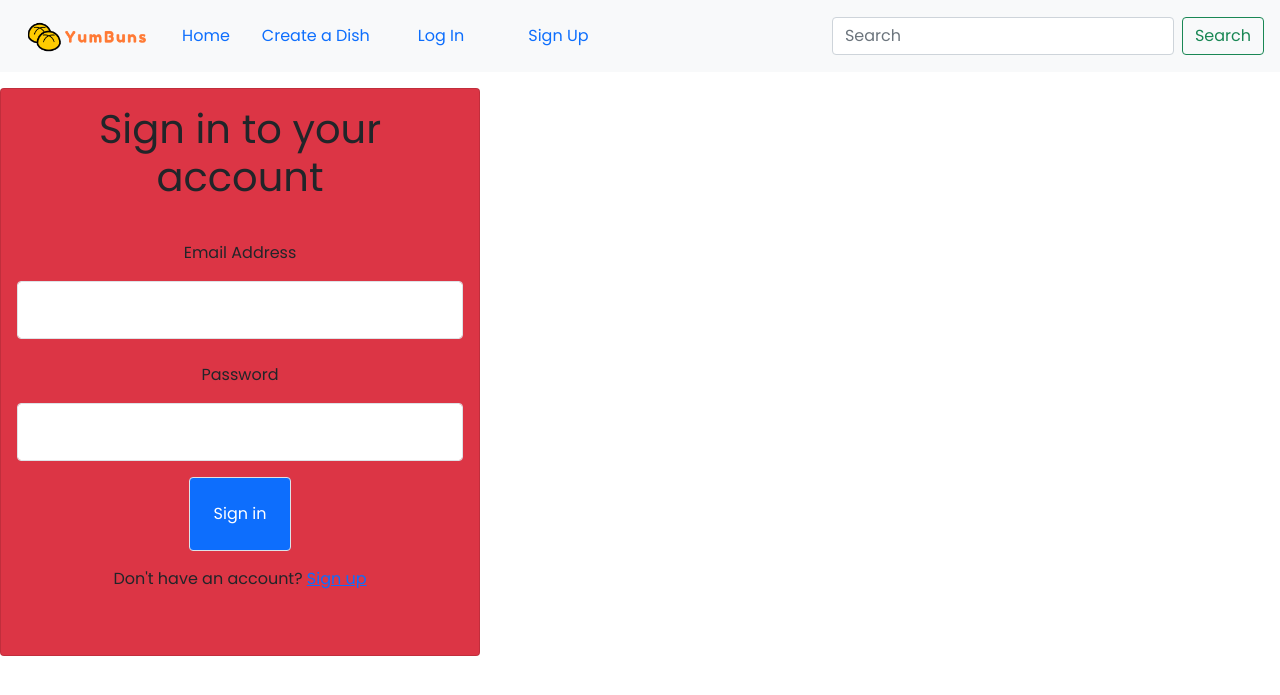
Repository: mottad14/yumBuns
Page: /login (app in client/)
An editor plug-in stored every save of this project. The page is shown before and after the next save, followed by the edit.
The browser window is 1280 px wide. The pictures show the whole page.
Some web fonts or font styles are not loaded; a fallback is used. The project was rebuilt for these pictures with package versions that can differ from the ones it lists, and the page was loaded fresh each time. Also part of the build but not shown: client/src/components/RecipePreview.js, client/src/views/Main.js, client/src/views/Create.js, client/src/views/Recipe.js, client/src/components/SubscribePop.css, client/src/components/SignUp.jsx, client/src/components/SubscribePop.js.

Above is the page before, as saved 2022-07-29 11:20:52.

### client/public/index.html
<!DOCTYPE html>
<html lang="en">
  <head>
    <meta charset="utf-8" />
    <link rel="icon" href="%PUBLIC_URL%/favicon.ico" />
    <meta name="viewport" content="width=device-width, initial-scale=1" />
    <meta name="theme-color" content="#000000" />
    <meta
      name="description"
      content="Web site created using create-react-app"
    />
    <!--
      Notice the use of %PUBLIC_URL% in the tags above.
      It will be replaced with the URL of the `public` folder during the build.
      Only files inside the `public` folder can be referenced from the HTML.

      Unlike "/favicon.ico" or "favicon.ico", "%PUBLIC_URL%/favicon.ico" will
      work correctly both with client-side routing and a non-root public URL.
      Learn how to configure a non-root public URL by running `npm run build`.
    -->
    <title>Yumbuns</title>
  </head>
  <body>
    <noscript>You need to enable JavaScript to run this app.</noscript>
    <div id="root"></div>
    <!--
      This HTML file is a template.
      If you open it directly in the browser, you will see an empty page.

      You can add webfonts, meta tags, or analytics to this file.
      The build step will place the bundled scripts into the <body> tag.

      To begin the development, run `npm start` or `yarn start`.
      To create a production bundle, use `npm run build` or `yarn build`.
    -->
  </body>
</html>

### client/src/index.js
import React from 'react';
import ReactDOM from 'react-dom';
import './index.css';
import App from './App';
import reportWebVitals from './reportWebVitals';
import {BrowserRouter} from "react-router-dom";

ReactDOM.render(
    <React.StrictMode>
      <BrowserRouter>
            <App />
      </BrowserRouter>
    </React.StrictMode>,
    document.getElementById('root')
);



// If you want to start measuring performance in your app, pass a function
// to log results (for example: reportWebVitals(console.log))
// or send to an analytics endpoint. Learn more: https://bit.ly/CRA-vitals
reportWebVitals();

### client/src/App.js
import React from 'react';
import 'bootstrap/dist/css/bootstrap.min.css';
import {Switch, Route} from "react-router-dom";
import './App.css';
import NavBar from './components/NavBar';
import Main from './views/Main';
import Login from './views/Login'
import Create from './views/Create';
import Recipe from './views/Recipe';
import SubscribePop from './components/SubscribePop';
import {useState, useEffect} from 'react'
import { AuthContextProvider } from "./contexts/AuthContext";


function App() {
  const [timedPopup, setTimedPopup] = useState (false);

  useEffect(() => {
    setTimeout(() => {
      setTimedPopup(true)
    }, 45000)
  }, [])


  return (

    <div className="App">
      <div className="">
          <NavBar/>
          <AuthContextProvider>
              <Switch>
                <Route exact path="/">
                  <Main/>
                </Route>

                <Route exact path="/login">
                  <Login/>
                </Route>

                <Route path="/view/single/:_id">
                  <Recipe/>
                </Route>

                <Route exact path="/create">
                  <Create/>
                </Route>
              </Switch>

              <SubscribePop trigger={timedPopup} setTrigger={setTimedPopup}>
              </SubscribePop>
          </AuthContextProvider>


       </div>
    </div>
  );
}

export default App;

### client/src/App.css
@import url('https://fonts.googleapis.com/css2?family=BIZ+UDGothic&family=Poppins&display=swap');

.App {
  font-family: 'BIZ UDGothic', sans-serif;
  font-family: 'Poppins', sans-serif;
  z-index: 1;
  text-align: center;
}

.recipePreview{
  border: 3px solid rgb(177, 177, 177);
  min-height: 300px;
  width: 250px;
  background-color: rgb(254, 194, 10);
  border-left-style: dotted;
  border-right-style: dotted;
  border-radius: 10%;

}

.recipePreview > img{
  width: 95%;
  border-radius: 10%;
}
.recipePreview >div{
  align-items: center;

}

.Logo{
  margin-left: 10px;
  height: 30px;
}

.sticky{
  position: sticky;
  top: 0;
  z-index: 999;
  background-color: rgb(254, 194, 10);
  border: 2px solid black;
  border-radius: 25px;
}

.thumbnailBox > img{
  height: 40px;
}

.thumbnailBox > img:hover{
  height: 125px;
}

### client/src/components/NavBar.js
import React from "react";
import { Link } from "react-router-dom"
import Nav from 'react-bootstrap/Nav';
import YumBuns from "../imgs/YumBunsLogo.png"

const NavBar = (props) => {
    return(
            <nav className="navbar navbar-expand-lg bg-light mb-3">
                <Link className="navbar-brand mx-3" to="/">  <img className="Logo" src={YumBuns} alt="Logo" /> </Link>

                <div className="collapse navbar-collapse" id="navbarSupportedContent">
                <ul className="navbar-nav me-auto mb-2 mb-lg-0">
                    <li className="nav-item">
                    <Nav.Link> <Link className="nav-link btn-outline-warning" aria-current="page" to="/">Home</Link> </Nav.Link>
                    </li>
                    <li className="nav-item">
                    <Nav.Link> <Link className="nav-link btn-outline-warning" to="/create">Create a Dish</Link> </Nav.Link>
                    </li>
                    <li className="nav-item">
                    <Nav.Link> <Link className="nav-link d-flex mx-3 btn-outline-warning" to="/login"> Log In</Link> </Nav.Link>
                    </li>
                    <li className="nav-item">
                    <Nav.Link> <Link className="nav-link d-flex mx-3 btn-outline-warning" to="/signUp"> Sign Up</Link> </Nav.Link>
                    </li>
                </ul>
                <form className="d-flex mx-3" role="search">
                    <input className="form-control me-2" type="search" placeholder="Search" aria-label="Search" />
                    <button className="btn btn-outline-success" type="submit">Search</button>
                </form>
            </div>
            </nav>
    )
}

export default NavBar;

### client/src/views/Login.js
import React, { useState } from 'react'
import { Link, useHistory } from 'react-router-dom'
import {Form, Button, Card, Alert} from "react-bootstrap"
import { UserAuth } from '../contexts/AuthContext'

const Signin = () => {
  const [email, setEmail] = useState('')
  const [password, setPassword] = useState('')
  const [error, setError] = useState('')
  const {signIn} = UserAuth()
  const history = useHistory();

  const handleSubmit = (e) =>{
    e.preventDefault();
    setError('')
    try{
      signIn(email, password)
      console.log("You are now signed in.")
      history.push('/')
    } catch(e){
      setError(e.message)
      console.log(error)
    }
  }

  return (
    <Card className="text-center bg-danger" style={{ width: '30rem' }}>
      <Card.Body className='text-center mb-4'>
              <h1 className='text-center mb-4'>Sign in to your account</h1>

          <Form onSubmit={handleSubmit}>
              <Form.Group className='flex flex-col py-2'>
                <Form.Label className='py-2 font-medium' htmlFor=""> Email Address</Form.Label>
                <Form.Control onChange={(e)=>setEmail(e.target.value)} className='border p-3' type="email"/>
              </Form.Group>
              <Form.Group className='flex flex-col py-2'>
                <Form.Label className='py-2 font-medium' htmlFor=""> Password</Form.Label>
                <Form.Control onChange={(e)=> setPassword(e.target.value)} className='border p-3' type="password"/>
              </Form.Group>
              <Button className='border border-blue-500 bg-yellow-600 hover:bg-blue-500 w-full p-4 my-2 text-white'>Sign in</Button>
          </Form>
              <p className='py-2'>
                Don't have an account? <Link to="/signup" className='underline'> Sign up </Link>
              </p>

        </Card.Body>
    </Card>

  )
}

export default Signin

### client/src/contexts/AuthContext.js
import { createContext, useContext, useEffect, useState } from "react";
import {createUserWithEmailAndPassword,
    signInWithEmailAndPassword,
    signOut,
    onAuthStateChanged}
    from "firebase/auth"
import { auth } from "../firebase";

const UserContext = createContext();

export const AuthContextProvider = ({children}) => {
    const [user, setUser] = useState({})

    const createUser = (email, password) => {
        return (createUserWithEmailAndPassword(auth, email, password))
    }

    const signIn = (email, password) => {
        return signInWithEmailAndPassword(auth, email, password)
    }

    const logout = () =>{
        return signOut(auth);
    }

    useEffect (() => {
        const unsubscribe = onAuthStateChanged(auth, (currentUser) => {
            console.log(currentUser)
            setUser(currentUser)
        })
        return (() => {
            unsubscribe()
        })
    }, [])

    return (
        <UserContext.Provider value={{ createUser, user, signIn, logout }}>
            {children}
        </UserContext.Provider>
    )
}

export const UserAuth = () =>{
    return useContext(UserContext)
}

### client/src/firebase.js
// Import the functions you need from the SDKs you need
import { initializeApp } from "firebase/app";
import { getAuth } from "firebase/auth";
// TODO: Add SDKs for Firebase products that you want to use
// https://firebase.google.com/docs/web/setup#available-libraries

// Your web app's Firebase configuration
console.log(`The current api key is: ${process.env.REACT_APP_FIREBASE_API_KEY}`)
const firebaseConfig = {
  apiKey: process.env.REACT_APP_FIREBASE_API_KEY,
  authDomain: process.env.REACT_APP_FIREBASE_AUTH_DOMAIN,
  projectId: process.env.REACT_APP_FIREBASE_PROJECT_ID,
  storageBucket: process.env.REACT_APP_FIREBASE_STORAGE_BUCKET,
  messagingSenderId: process.env.REACT_APP_FIREBASE_MESSAGING_SENDER_ID,
  appId: process.env.REACT_APP_FIREBASE_APP_ID,
  measurementId: process.env.REACT_APP_FIREBASE_MEASUREMENT_ID
};

// Initialize Firebase
const app = initializeApp(firebaseConfig);
export const auth = getAuth(app);
export default app;

Loaded but not shown: client/src/index.css (common file); client/src/reportWebVitals.js (common file)

After the next save:
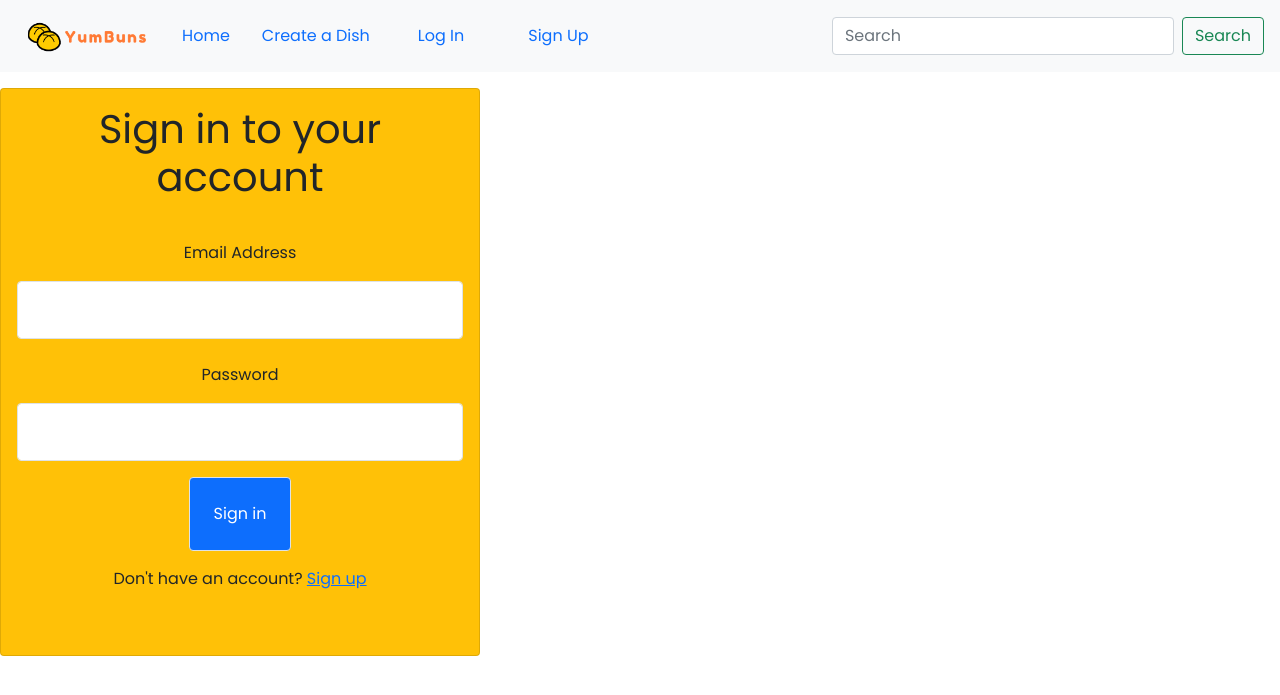
Saved 4 s later.
--- a/client/src/views/Login.js
+++ b/client/src/views/Login.js
@@ -24,7 +24,7 @@ const Signin = () => {
   }
 
   return (
-    <Card className="text-center bg-danger" style={{ width: '30rem' }}>
+    <Card className="text-center bg-warning" style={{ width: '30rem' }}>
       <Card.Body className='text-center mb-4'>
               <h1 className='text-center mb-4'>Sign in to your account</h1>
 
